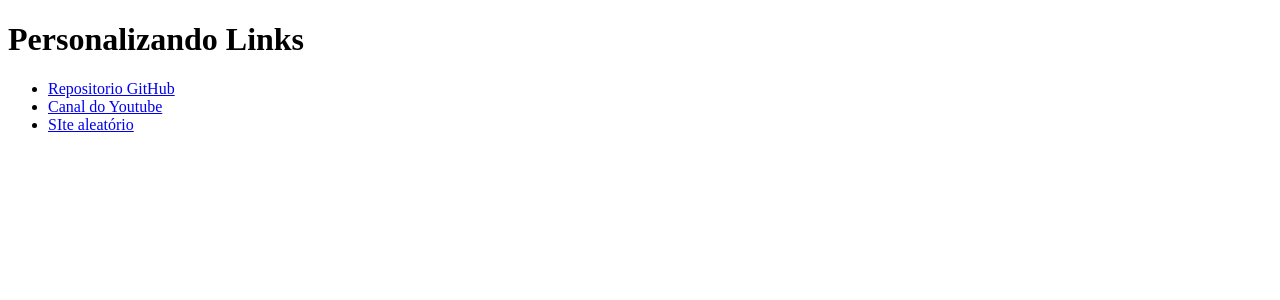
Repository: GabrielTrevisanMargrander/Html-Css
Page: Exercicios/ex020/link.html
These files come from the project's save history. The page is drawn as it stood at one moment and after a run of saves; the edit follows.
The browser window is 1280 px wide. The pictures show the whole page.

Above is the page before, as saved 2023-06-22 20:28:17.

After the next 7 saves:
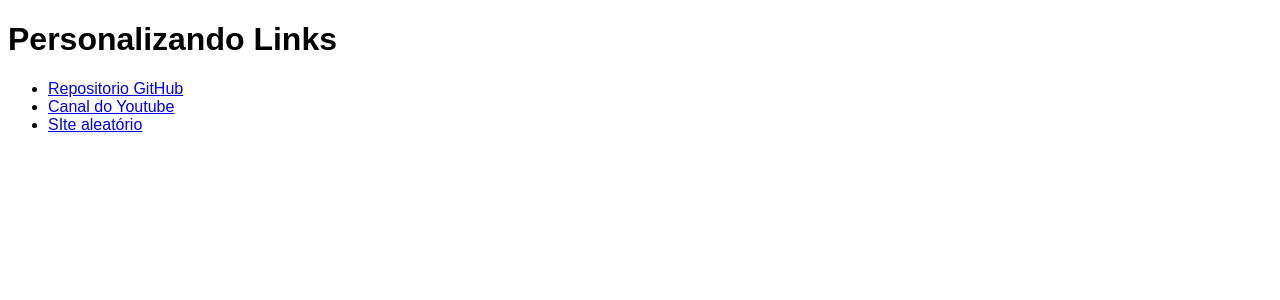
The 7 saves are shown as one change because they came seconds apart.
The last was saved 60 s later.
--- a/Exercicios/ex020/link.html
+++ b/Exercicios/ex020/link.html
@@ -5,6 +5,12 @@
     <meta name="viewport" content="width=device-width, initial-scale=1.0">
     <title>Links</title>
 </head>
+<style>
+body{
+    font-family: Arial, Helvetica, sans-serif;
+}
+
+</style>
 <body>
 
     <h1>Personalizando Links</h1>
